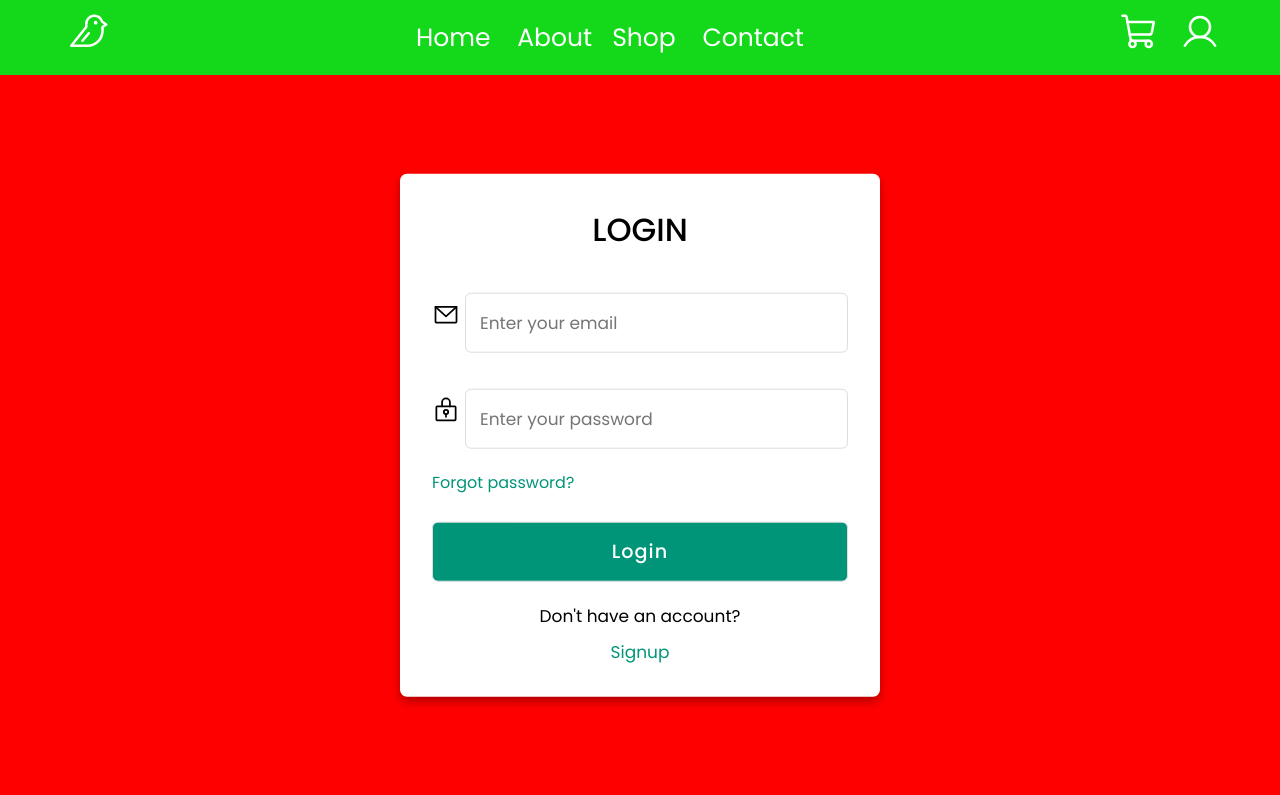
Repository: Vuhainam64/SWP391
Page: /register (app in React/swp391-app/)
An editor plug-in stored every save of this project. The page is shown before and after the next save, followed by the edit.
The browser window is 1280 px wide. The pictures show the whole page.
The project was rebuilt for these pictures with package versions that can differ from the ones it lists, and the page was loaded fresh each time. Also part of the build but not shown: React/swp391-app/src/pages/home/home.jsx, React/swp391-app/src/pages/about/about.jsx, React/swp391-app/src/pages/shop/product.jsx, React/swp391-app/src/pages/shop/shop.css, React/swp391-app/src/pages/shop/shop.jsx, React/swp391-app/src/pages/contact/contact.jsx, React/swp391-app/src/pages/cart/cart-item.jsx, React/swp391-app/src/pages/cart/cart.css and 1 more.

Above is the page before, as saved 2023-05-30 14:31:42.

### React/swp391-app/src/App.js
import './App.css';
import { BrowserRouter as Router, Routes, Route } from "react-router-dom";
import { Navbar } from "./components/navbar";
import { Register } from "./pages/register/register";
import { Home } from "./pages/home/home";
import { About } from "./pages/about/about";
import { Shop } from "./pages/shop/shop";
import { Contact } from "./pages/contact/contact";
import { Cart } from "./pages/cart/cart";
import { ShopContextProvider } from './context/shop-context';


function App() {
  return (
    <div className = "App">
      <ShopContextProvider>
        <Router>
          <Navbar />
          <Routes>
            <Route path = "/register" element = {<Register />} />
            <Route path = "/home" element={<Home/>} />
            <Route path = "/about" element={<About/>} />
            <Route path = "/" element = {<Shop />} />
            <Route path = "/contact" element = {<Contact />} />
            <Route path = "/cart" element = {<Cart />} />
          </Routes>
        </Router>
      </ShopContextProvider>
    </div>
  );
}

export default App;

### React/swp391-app/src/App.css
.App {
  width: 100%;
  height: auto;
  min-height: 100vh;
  font-family: 'Segoe UI', Tahoma, Geneva, Verdana, sans-serif;
}

body {
  padding: 0;
  margin: 0;
}

### React/swp391-app/src/components/navbar.jsx
import React from "react";
import { Link } from "react-router-dom";
import { ShoppingCart, Bird, User } from "phosphor-react";
import "./navbar.css";

export const Navbar = () => {
  return (
    <div className="navbar">
      <div className="links">
        <div className="icon">
          <Link to="/">
            <Bird size={40} />
          </Link>
        </div>
        <div className="middle">
          <Link to="/home"> Home </Link>
          <Link to="/about">About</Link>
          <Link to="/">Shop</Link>
          <Link to="/contact"> Contact</Link>
        </div>
        <div className="end">
          <Link to="/cart">
            <ShoppingCart size={40} />
          </Link>
            <Link to="/register">
                <User size={40}/>
            </Link>
        </div>
      </div>
    </div>
  );
};

### React/swp391-app/src/pages/register/register.jsx
import React from "react";
import { EnvelopeSimple,LockKey } from "phosphor-react";
import "./register.css";
import loginback from "../../assets/products/bird-loginbackground.jpg"
export const Register = () => {
  return (
    <div className="images">
    <image src={loginback} />
    <div className="container">
    <input type="checkbox" id="check"></input>
    <div className="login form">
      <header>LOGIN</header>
      <form action="#">
        <div className="login-form">
        <span className="icon-login"><EnvelopeSimple size={28}></EnvelopeSimple></span>
        <input type="email" id="email" placeholder="Enter your email" required></input>
        <span className="icon-login"><LockKey size={28}></LockKey></span>
        <input type="password" id="password" placeholder="Enter your password" required></input>
        </div>
        <a href="#">Forgot password?</a>
        <input type="button" className="button" value="Login"></input>
      </form>
      <div className="signup">
        <span className="signup">Don't have an account?
         <label for="check">Signup</label>
        </span>
      </div>
    </div>
    <div className="registration form">
      <header>SIGNUP</header>
      <form action="#">
        <div className="login-form">
        <span className="icon-login"><EnvelopeSimple size={28}></EnvelopeSimple></span>
        <input type="text" id="email" placeholder="Enter your email" required></input>
        <span className="icon-login"><LockKey size={28}></LockKey></span>
        <input type="password" id="password" placeholder="Create a password" required></input>
        <span className="icon-login"><LockKey size={28}></LockKey></span>
        <input type="password" id="password"  placeholder="Confirm your password" required></input>
        <input type="button" className="button" value="Signup" required></input>
        </div>
      </form>
      <div className="signup">
        <span className="signup">Already have an account?
         <label for="check">Login</label>
        </span>
      </div>
    </div>
  </div>
  </div>
  );
};

### React/swp391-app/src/context/shop-context.jsx
import { createContext, useEffect, useState } from "react";
import { PRODUCTS } from "../products";

export const ShopContext = createContext(null);

const getDefaultCart = () => {
    let cart = {};
    for (let i = 1; i < PRODUCTS.length + 1; i++) {
        cart[i] = 0;
    }
    return cart;
}

export const ShopContextProvider = (props) => {
    const [cartItems, setCartItems] = useState(getDefaultCart());

    const getTotalCartAmount = () => {
        let totalAmount = 0;
        for (const item in cartItems) {
            if (cartItems[item] > 0) {
                let itemInfo = PRODUCTS.find((product) => product.id === Number(item));
                totalAmount += cartItems[item] *itemInfo.price;
            }
        }
        return totalAmount;
    };

    const addToCart = (itemId) => {
        setCartItems((prev) => ({ ...prev, [itemId]: prev[itemId] + 1}));
    };

    const removeFromCart = (itemId) => {
        setCartItems((prev) => ({ ...prev, [itemId]: prev[itemId] - 1}));
    };

    const updateCartItemCount = (newAmount, itemId) => {
        setCartItems((prev) => ({ ...prev, [itemId]: newAmount }));
    };

    const checkout = () => {
        setCartItems(getDefaultCart());
    };

    const contextValue = {
        cartItems,
        addToCart,
        updateCartItemCount,
        removeFromCart,
        getTotalCartAmount,
        checkout,
    };

    return (
        <ShopContext.Provider value={contextValue}>
            {props.children}
        </ShopContext.Provider>
    );
};

### React/swp391-app/src/components/navbar.css
.navbar {
    width: 100%;
    height: 75px;
    background-color: rgb(20, 217, 27);
    display: flex;
    justify-content: center;
    align-items: center;
}

.links {
    margin-right: 50px;
    display: flex;
    align-items: center;
    justify-content: space-between;
    width: 100%;
}

.icon {
    margin-left: 50px;
}

.end {
    padding: 0 10px;
}

.links a {
    text-decoration: none;
    color: white;
    margin-left: 20px;
    font-size: 25px;
}

### React/swp391-app/src/pages/register/register.css
/* Import Google font - Poppins */
@import url('https://fonts.googleapis.com/css2?family=Poppins:wght@200;300;400;500;600;700&display=swap');
*{
  margin: 0;
  padding: 0;
  box-sizing: border-box;
  font-family: 'Poppins', sans-serif;
}

.images{
  position: absolute;
  width: 100%;
  height: 100%;
  background: red;
}

.container{
  position: relative;
  top: 50%;
  left: 50%;
  transform: translate(-50%,-50%);
  max-width: 480px;
  width: 100%;
  background: #fff;
  border-radius: 7px;
  box-shadow: 0 5px 10px rgba(0,0,0,0.3);
}

.container .registration{
  display: none;
}

#check:checked ~ .registration{
  display: block;
}

#check:checked ~ .login{
  display: none;
}

#check{
  display: none;
}

.container .form{
  padding: 2rem;
}

.form header{
  font-size: 2rem;
  font-weight: 500;
  text-align: center;
  margin-bottom: 1.5rem;
}

 .form input{
   height: 60px;
   width: 92%;
   padding: 0 14px;
   font-size: 17px;
   margin-top: 15px;
   margin-bottom: 1.3rem;
   border: 1px solid #ddd;
   border-radius: 6px;
   outline: none;
 }

 .form input:focus{
   box-shadow: 0 1px 0 rgba(0,0,0,0.2);
 }

.form a{
  font-size: 16px;
  color: #009579;
  text-decoration: none;
}

.form a:hover{
  text-decoration: underline;
}

.form input.button{
  color: #fff;
  background: #009579;
  font-size: 1.2rem;
  font-weight: 500;
  letter-spacing: 1px;
  margin-top: 1.7rem;
  cursor: pointer;
  transition: 0.4s;
  width: 100%;
}

.form input.button:hover{
  background: #006653;
}

.signup{
  font-size: 17px;
  text-align: center;
}

.signup label{
  color: #009579;
  cursor: pointer;
}

.signup label:hover{
  text-decoration: underline;
}

.icon-login {
  margin-right: 5px;
}

### React/swp391-app/src/products.js
import product1 from "./assets/products/1.png";
import product2 from "./assets/products/1.png";
import product3 from "./assets/products/1.png";
import product4 from "./assets/products/1.png";
import product5 from "./assets/products/1.png";
import product6 from "./assets/products/1.png";
import product7 from "./assets/products/1.png";
import product8 from "./assets/products/1.png";

export const PRODUCTS = [
  {
    id: 1,
    productName: "Bird Food",
    price: 999.0,
    productImage: product1,
  },
  {
    id: 2,
    productName: "Bird Food",
    price: 1999.0,
    productImage: product2,
  },
  {
    id: 3,
    productName: "Bird Food",
    price: 699.0,
    productImage: product3,
  },
  {
    id: 4,
    productName: "Bird Food",
    price: 228.0,
    productImage: product4,
  },
  {
    id: 5,
    productName: "Bird Food",
    price: 19.99,
    productImage: product5,
  },
  {
    id: 6,
    productName: "Bird Food",
    price: 68.0,
    productImage: product6,
  },
  {
    id: 7,
    productName: "Bird Food",
    price: 120.0,
    productImage: product7,
  },
  {
    id: 8,
    productName: "Bird Food",
    price: 40.0,
    productImage: product8,
  },
];

### React/swp391-app/src/pages/contact/contact.css
.contact{
    max-width: 400px;
    margin: 0 auto;
    padding: 20px;
}
.title-contact{
    text-align: center;
}
label{
    display: block;
    margin-top: 10px;
}
.form-contact{

    text-align: center;
}

input[type="text"],
.type-email,
input[type="message"],
textarea {
  width: 100%;
  padding: 8px;
  border: 1px solid #ccc;
  border-radius: 4px;
  box-sizing: border-box;
  margin-top: 5px;
  margin-bottom: 10px;
}

input[type="submit"] {
    background-color: #4CAF50;
    color: white;
    padding: 10px 15px;
    border: none;
    border-radius: 4px;
    cursor: pointer;
    font-size: 16px;
  }

  input[type="submit"]:hover {
    background-color: #45a049;
  }

  textarea {
    height: 100px;
  }

Loaded but not shown: React/swp391-app/public/index.html (common file); React/swp391-app/src/index.js (common file); React/swp391-app/src/index.css (common file); React/swp391-app/src/reportWebVitals.js (common file)

After the next save:
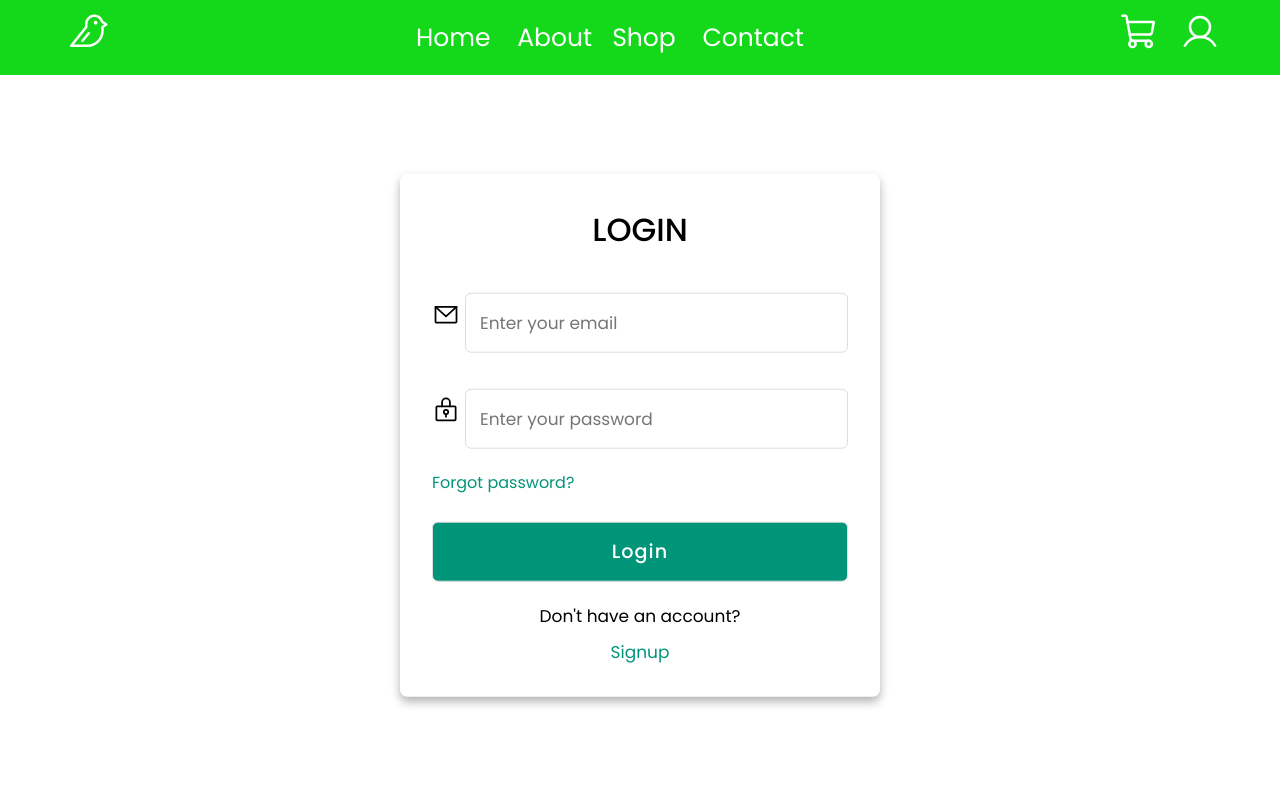
Saved 29 s later.
--- a/React/swp391-app/src/pages/register/register.css
+++ b/React/swp391-app/src/pages/register/register.css
@@ -11,7 +11,10 @@
   position: absolute;
   width: 100%;
   height: 100%;
-  background: red;
+}
+
+.images img {
+
 }
 
 .container{
